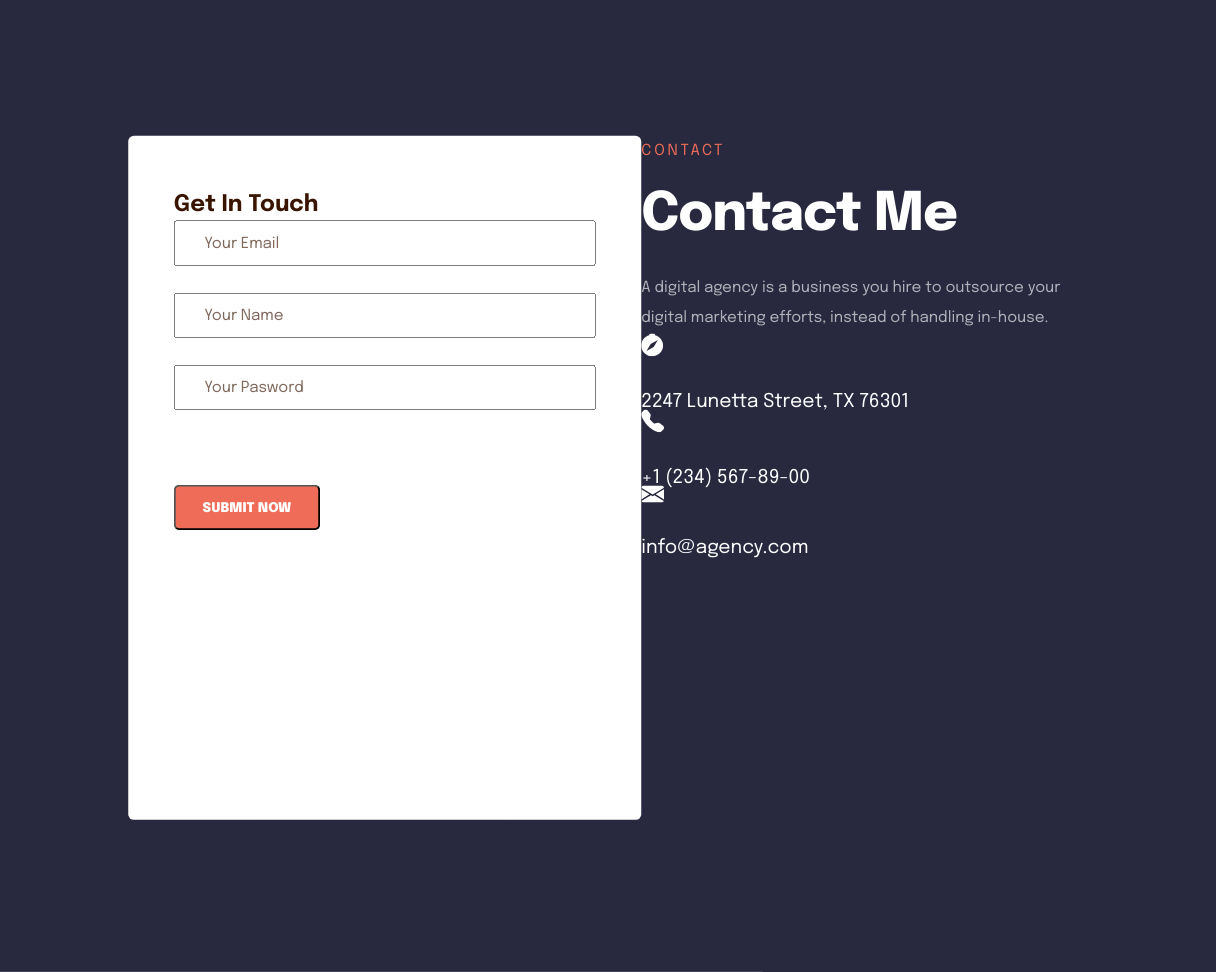
Repository: MehdiKerimov/Figma-Task-14
Page: index.html
An editor plug-in stored every save of this project. The page is shown before and after a run of saves, followed by the edit.
The browser window is 1280 px wide. The pictures show the whole page, at 95% of full size.

Above is the page before, as saved 2023-10-07 15:27:11.

### index.html
<!DOCTYPE html>
<html lang="en">
  <head>
    <meta charset="UTF-8" />
    <meta name="viewport" content="width=device-width, initial-scale=1.0" />
    <title>Document</title>
    <link rel="stylesheet" href="index.css" />
  </head>
  <body>
    <div class="container">
      <div class="box-container">
        <h1>Get In Touch</h1>
        <form action="">
          <label for="">
            <input type="email" placeholder="Your Email" name="" id="" />
          </label>
          <label for="">
            <input type="text" placeholder="Your Name" />
          </label>
          <label for="">
            <input type="password" placeholder="Your Pasword" />
          </label>
        </form>
        <button><a href="#">Submit Now</a></button>
      </div>

      <div class="text-box">
        <h1>Contact</h1>
        <h2>Contact Me</h2>
        <p>
          A digital agency is a business you hire to outsource your digital
          marketing efforts, instead of handling in-house.
        </p>

        <div class="box">
          <div class="circle">
            <svg
              xmlns="http://www.w3.org/2000/svg"
              width="23"
              height="24"
              viewBox="0 0 23 24"
              fill="none"
            >
              <path
                fill-rule="evenodd"
                clip-rule="evenodd"
                d="M12.5128 23.9559C18.4476 23.4434 22.9991 18.5852 23 12.7619C22.9992 7.68681 19.5202 3.24133 14.5089 1.91219C14.6419 1.45966 14.5495 0.972375 14.2595 0.596433C13.9696 0.220491 13.5157 -0.000396111 13.034 0H9.9675C9.4858 -0.000396111 9.03192 0.220491 8.74193 0.596433C8.45195 0.972375 8.35958 1.45966 8.49253 1.91219C2.74205 3.43556 -0.865618 8.99957 0.179927 14.7325C1.22547 20.4654 6.57793 24.4683 12.5128 23.9559ZM17.4618 6.91176L17.465 6.90994L17.462 6.91144L17.4618 6.91176ZM17.4618 6.91176L9.87551 11.1479L5.53646 18.5674L13.126 14.3294L17.4618 6.91176Z"
                fill="white"
              />
            </svg>
            <p>2247 Lunetta Street, TX 76301</p>
          </div>

          <div class="circle">
            <svg
              xmlns="http://www.w3.org/2000/svg"
              width="24"
              height="24"
              viewBox="0 0 24 24"
              fill="none"
            >
              <path
                fill-rule="evenodd"
                clip-rule="evenodd"
                d="M2.82812 0.765296C3.35902 0.235151 4.09188 -0.0416708 4.84066 0.0050961C5.58945 0.051863 6.28217 0.417722 6.743 1.00981L9.43541 4.46897C9.92889 5.10349 10.1029 5.93003 9.9079 6.71007L9.08742 9.99522C9.00114 10.3413 9.10245 10.7073 9.35441 10.9598L13.0398 14.6454C13.2925 14.8979 13.6592 14.9993 14.0058 14.9124L17.2892 14.0919C18.0691 13.8969 18.8953 14.0711 19.5301 14.5644L22.989 17.2555C24.2324 18.2231 24.3464 20.0607 23.2335 21.1722L21.6825 22.7233C20.5726 23.8333 18.9136 24.3209 17.3672 23.7763C13.4091 22.3836 9.81531 20.1174 6.85249 17.146C3.88152 14.1834 1.61557 10.5899 0.222699 6.63206C-0.320284 5.08699 0.167201 3.42642 1.27717 2.31637L2.82812 0.765296Z"
                fill="white"
              />
            </svg>
            <p>+1 (234) 567-89-00</p>
          </div>
          <div class="circle">
            <svg
              xmlns="http://www.w3.org/2000/svg"
              width="24"
              height="18"
              viewBox="0 0 24 18"
              fill="none"
            >
              <path
                fill-rule="evenodd"
                clip-rule="evenodd"
                d="M3 0C1.60024 -9.42171e-05 0.386447 0.967828 0.075 2.3325L12 9.621L23.925 2.3325C23.6136 0.967828 22.3998 -9.42171e-05 21 0H3ZM0 14.7015V4.0455L8.7045 9.3645L0 14.7015ZM10.1415 10.245L0.2865 16.2855C0.78351 17.3335 1.84012 18.0011 3 18H21C22.1597 18.0003 23.2157 17.3321 23.712 16.284L13.857 10.2435L12 11.379L10.1415 10.2435V10.245ZM24 14.7015L15.2955 9.366V9.3645L24 4.0455V14.7015Z"
                fill="white"
              />
            </svg>
            <p>info@agency.com</p>
          </div>
        </div>
      </div>
    </div>
  </body>
</html>

### index.css
@import url("https://fonts.googleapis.com/css2?family=Epilogue:wght@400;700;800;900&display=swap");
* {
  padding: 0;
  margin: 0;
  box-sizing: border-box;
}
.container {
  background-color: #28293e;
  min-height: 100vh;
  padding: 143px 135px 160px 135px;
  display: flex;
  justify-content: space-between;
}
.container .box-container {
  padding: 57px 48px 48px 48px;
  width: 570px;
  border-radius: 6px;
  background: #fff;
}
.container .box-container h1 {
  color: var(--Text_Dark, #391400);
  font-feature-settings: "clig" off, "liga" off;
  font-family: Epilogue;
  font-size: 24px;
  font-style: normal;
  font-weight: 700;
  line-height: 32px;
}
form {
  display: flex;
  flex-direction: column;
  align-items: center;
}
label {
  width: 100%;
  margin-bottom: 28px;
}
input {
  padding-left: 30px;
  padding-right: 30px;

  width: 100%;
  height: 48px;
}
input::placeholder {
  color: var(--Text_Dark_Gray, rgba(57, 20, 0, 0.64));
  font-feature-settings: "clig" off, "liga" off;
  font-family: Epilogue;
  font-size: 16px;
  font-style: normal;
  font-weight: 400;
  line-height: 32px;
}
.container .box-container button {
  margin-top: 50px;
  width: 154px;
  height: 48px;
  border-radius: 6px;
  background: #ef6d58;
}
.container .box-container button a {
  text-decoration: none;
  color: #fff;
  text-align: center;
  font-family: Epilogue;
  font-size: 14px;
  font-style: normal;
  font-weight: 900;
  line-height: normal;
  text-transform: uppercase;
}
.container .text-box {
  min-height: 100vh;
}
.container .text-box h1 {
  width: 86px;
  color: var(--Text_Light_Accent, #ef6d58);
  font-feature-settings: "clig" off, "liga" off;
  font-family: Epilogue;
  font-size: 16px;
  font-style: normal;
  font-weight: 400;
  line-height: 32px;
  letter-spacing: 3px;
  text-transform: uppercase;
}
.container .text-box h2 {
  margin-top: 20px;
  color: var(--Text_Light, #fff);
  font-feature-settings: "clig" off, "liga" off;
  font-family: Epilogue;
  font-size: 56px;
  font-style: normal;
  font-weight: 800;
  line-height: 64px;
  letter-spacing: -1px;
}
.container .text-box p {
  margin-top: 28px;
  width: 470px;
  color: var(--Text_Light_Gray, rgba(255, 255, 255, 0.64));
  font-feature-settings: "clig" off, "liga" off;
  font-family: Epilogue;
  font-size: 16px;
  font-style: normal;
  font-weight: 400;
  line-height: 32px;
}
.container .box p {
  color: var(--Text_Light, #fff);
  font-feature-settings: "clig" off, "liga" off;
  font-family: Epilogue;
  font-size: 20px;
  font-style: normal;
  font-weight: 400;
  line-height: 32px;
}
.container .circle {
  width: 80px;
  height: 80px;
  border-radius: 50%;
}
.container {
}

After the next 2 saves:
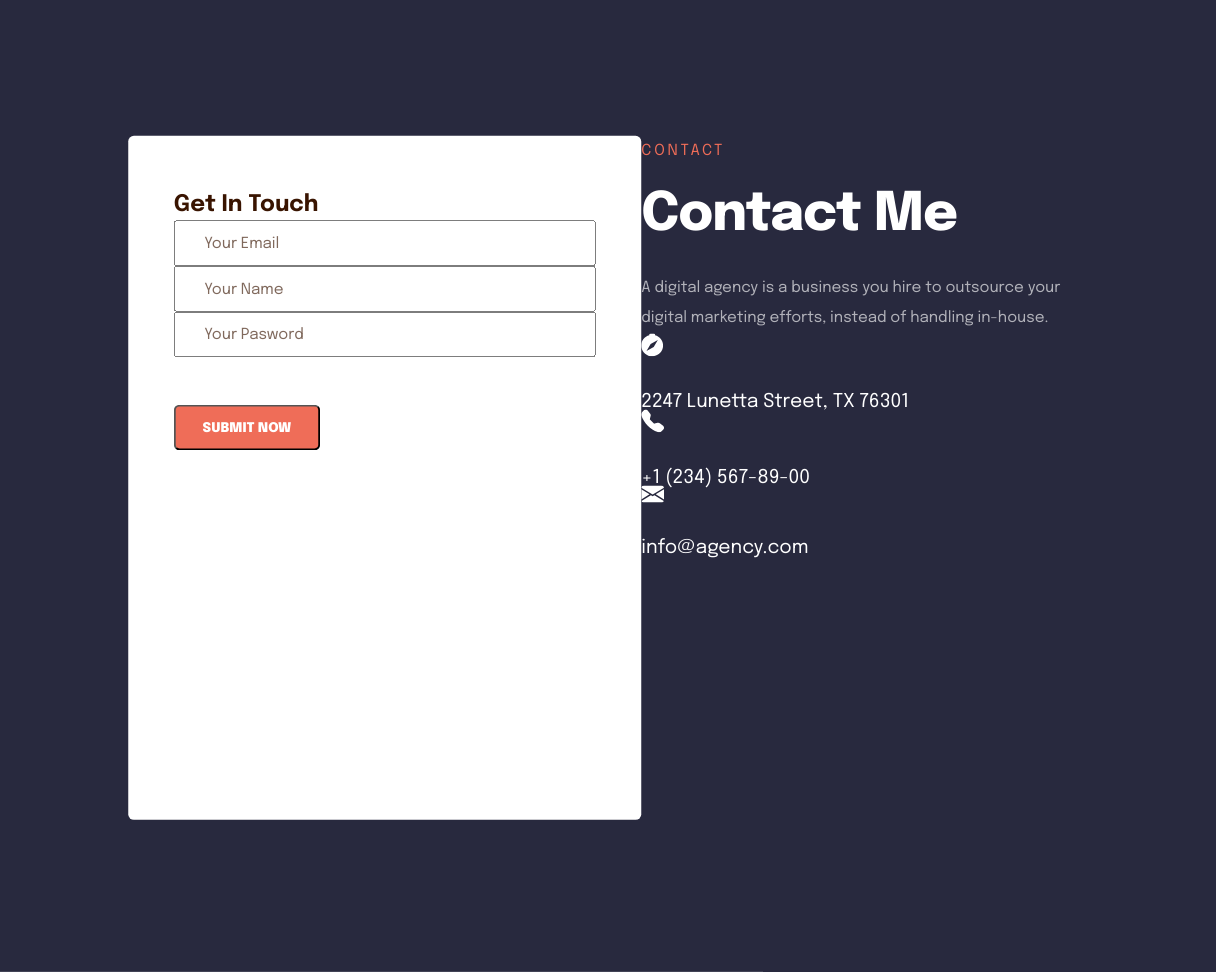
The 2 saves are shown as one change because they came seconds apart.
The last was saved 10 s later.
--- a/index.css
+++ b/index.css
@@ -33,7 +33,7 @@ form {
 }
 label {
   width: 100%;
-  margin-bottom: 28px;
+
 }
 input {
   padding-left: 30px;
